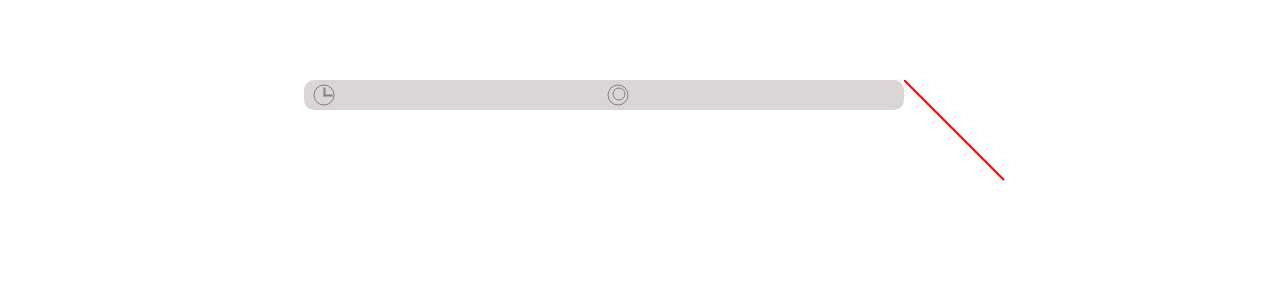
Repository: Gaj123-coder/emoji-search-app
Page: /
These files come from the project's save history. The page is drawn as it stood at one moment and after the next save; the edit follows.
The browser window is 1280 px wide. The pictures show the whole page.
The project was rebuilt for these pictures with package versions that can differ from the ones it lists, and the page was loaded fresh each time.

Above is the page before, as saved 2021-10-30 14:48:48.

After the next save:
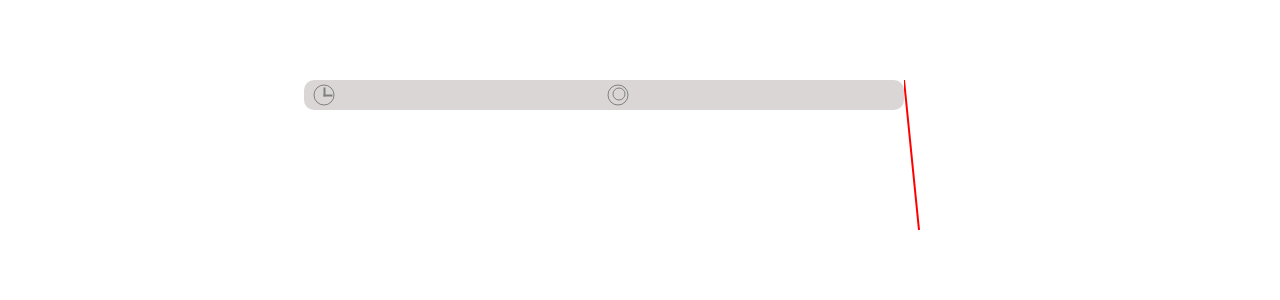
Saved 4 s later.
--- a/src/App.js
+++ b/src/App.js
@@ -18,7 +18,7 @@ function App() {
       </div>
       <div>
         <svg>
-          <line x1="0" y1="0" x2="100" y2="100" stroke="red" strokeWidth="2px"/>
+          <line x1="0" y1="0" x2="100" y2="1000" stroke="red" strokeWidth="2px"/>
        </svg>
       </div>
     </div>
